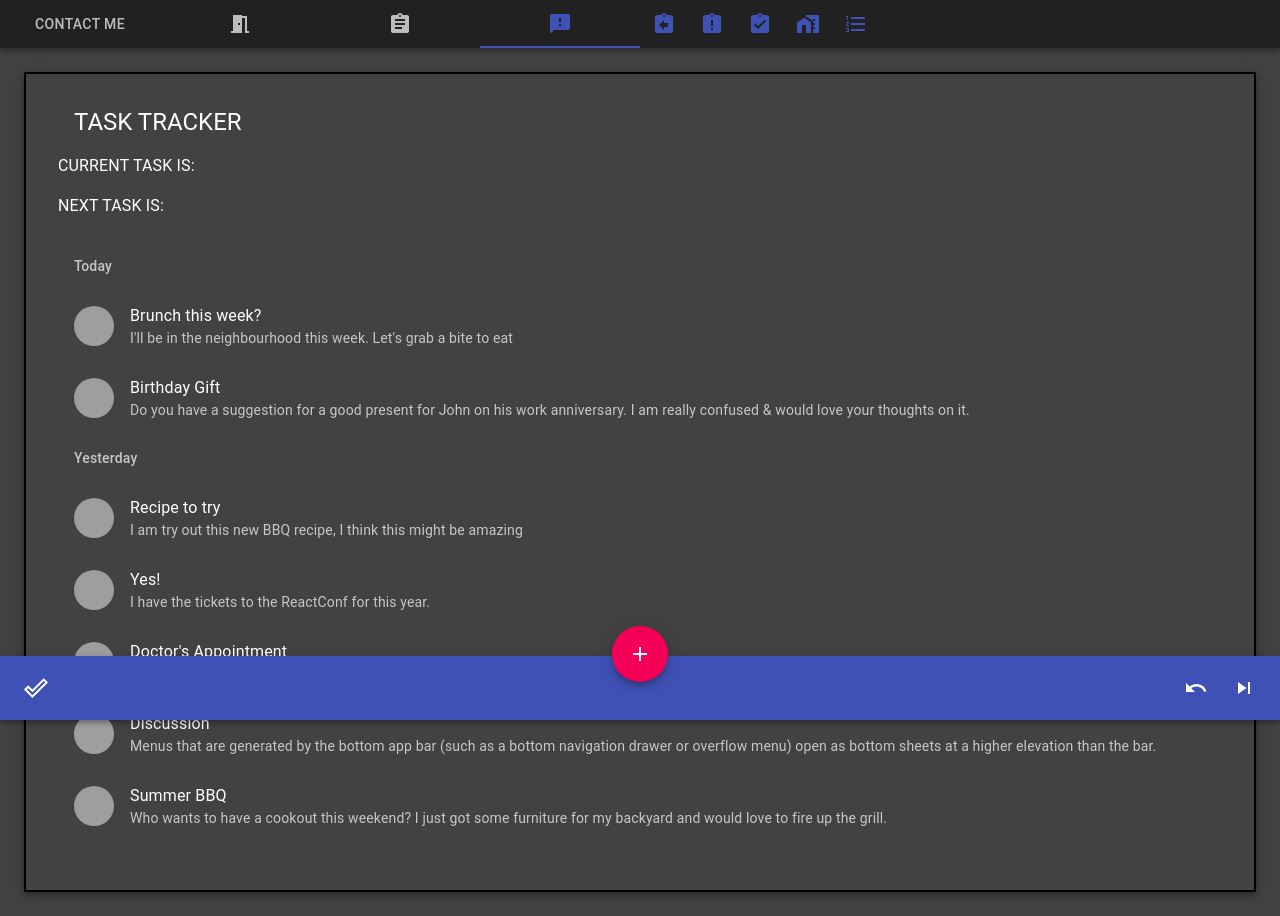
Repository: hossamsulleman1/CONTACTME
Page: / (app in my-app/), after clicking the first element matching `#scrollable-auto-tab-3`
An editor plug-in stored every save of this project. The page is shown before and after a run of saves, followed by the edit.
The browser window is 1280 px wide. The pictures show the whole page.
Pictures or frames that could not be fetched are drawn as grey boxes. The project was rebuilt for these pictures with package versions that can differ from the ones it lists, and the page was loaded fresh each time. Also part of the build but not shown: my-app/src/Components/ProfileFolder/FriendsAvatarList.jsx, my-app/src/Components/ProfileFolder/Content.jsx, my-app/src/Components/Preview.jsx.

Above is the page before, as saved 2020-11-09 11:34:22.

### my-app/src/App.js
import "./App.css";
import IconNav from "./Components/IconNav";
import { createMuiTheme, ThemeProvider } from "@material-ui/core/styles";

const theme = createMuiTheme({
  palette: {
    type: "dark",
  },
});

function App() {
  return (
    <ThemeProvider theme={theme}>
      <IconNav></IconNav>
    </ThemeProvider>
  );
}

export default App;

### my-app/src/App.css
.App {
  text-align: center;
}

.floatRight {
  float: right;
}

.flexbox {
 display: flex;
}

.App-logo {
  height: 40vmin;
  pointer-events: none;
}

@media (prefers-reduced-motion: no-preference) {
  .App-logo {
    animation: App-logo-spin infinite 20s linear;
  }
}

.App-header {
  background-color: #282c34;
  min-height: 100vh;
  display: flex;
  flex-direction: column;
  align-items: center;
  justify-content: center;
  font-size: calc(10px + 2vmin);
  color: white;
}

.App-link {
  color: #61dafb;
}

@keyframes App-logo-spin {
  from {
    transform: rotate(0deg);
  }
  to {
    transform: rotate(360deg);
  }
}

### my-app/src/Components/IconNav.jsx
import React from "react";
import PropTypes from "prop-types";
import { makeStyles } from "@material-ui/core/styles";
import AppBar from "@material-ui/core/AppBar";
import Tabs from "@material-ui/core/Tabs";
import Tab from "@material-ui/core/Tab";
import Typography from "@material-ui/core/Typography";
import Box from "@material-ui/core/Box";
import PhoneIcon from "@material-ui/icons/Phone";
import PageProp from "./PageProp";
import Button from "@material-ui/core/Button";
import Content from "./ProfileFolder/Content";
import MeetingRoomIcon from "@material-ui/icons/MeetingRoom";
import HomeWorkIcon from "@material-ui/icons/HomeWork";
import IconButton from "@material-ui/core/IconButton";
import "../App.css";
import Preview from "./Preview";
import FormatListNumberedIcon from "@material-ui/icons/FormatListNumbered";
import AssignmentTurnedInIcon from "@material-ui/icons/AssignmentTurnedIn";
import AssignmentReturnIcon from "@material-ui/icons/AssignmentReturn";
import AssignmentLateIcon from "@material-ui/icons/AssignmentLate";
import AssignmentIcon from "@material-ui/icons/Assignment";
import BottomNav from "./BottomNav";
import SmsFailedIcon from "@material-ui/icons/SmsFailed";

function TabPanel(props) {
  const { children, value, index, ...other } = props;

  return (
    <div
      role="tabpanel"
      hidden={value !== index}
      id={`scrollable-auto-tabpanel-${index}`}
      aria-labelledby={`scrollable-auto-tab-${index}`}
      {...other}
    >
      {value === index && (
        <Box p={3}>
          <Typography>{children}</Typography>
        </Box>
      )}
    </div>
  );
}

TabPanel.propTypes = {
  children: PropTypes.node,
  index: PropTypes.any.isRequired,
  value: PropTypes.any.isRequired,
};

function a11yProps(index) {
  return {
    id: `scrollable-auto-tab-${index}`,
    "aria-controls": `scrollable-auto-tabpanel-${index}`,
  };
}

const useStyles = makeStyles((theme) => ({
  root: {
    flexGrow: 1,
    width: "100%",
    backgroundColor: theme.palette.background.paper,
  },
}));

export default function IconNav() {
  const classes = useStyles();
  const [value, setValue] = React.useState(0);

  const handleChange = (event, newValue) => {
    setValue(newValue);
  };

  return (
    <div className={classes.root}>
      <AppBar position="static" color="default">
        <Tabs
          value={value}
          onChange={handleChange}
          indicatorColor="primary"
          textColor="primary"
          variant="scrollable"
          scrollButtons="auto"
          aria-label="scrollable auto tabs example"
        >
          {/* <div className="floatRight">
            <IconButton
              aria-label="delete"
              href="https://semptiareact.web.app/"
            >
              <HomeWorkIcon></HomeWorkIcon>
            </IconButton>
          </div> */}
          {/* <Tab icon={<PhoneIcon />} label="ME" {...a11yProps(0)} />
          <Tab icon={<PhoneIcon />} label="Linked In" {...a11yProps(1)} /> */}
          {/* <Tab label="Facebook" {...a11yProps(2)} />
          <Tab label="Instagram" {...a11yProps(3)} />
          <Tab label="Snapchat" {...a11yProps(4)} /> */}
          <Tab label="CONTACT ME" {...a11yProps(0)} />
          <Tab icon={<MeetingRoomIcon />} {...a11yProps(1)} />
          <Tab icon={<AssignmentIcon />} {...a11yProps(2)} />
          <Tab icon={<SmsFailedIcon />} {...a11yProps(3)} />

          <div className="flexbox">
            <div className="floatRight">
              <IconButton
                color="primary"
                aria-label="delete"
                href="https://semptiareact.web.app/"
              >
                <AssignmentReturnIcon />
                {/* GOES TO SEMPTIA TASK TRACKING PAGE  */}
              </IconButton>
            </div>
            <div className="floatRight">
              <IconButton
                color="primary"
                aria-label="delete"
                href="https://semptiareact.web.app/"
              >
                <AssignmentLateIcon />
                {/* GOES TO SEMPTIA TASK TRACKING PAGE  */}
              </IconButton>
            </div>
            <div className="floatRight">
              <IconButton
                color="primary"
                aria-label="delete"
                href="https://semptiareact.web.app/"
              >
                <AssignmentTurnedInIcon />
                {/* GOES TO SEMPTIA TASK TRACKING PAGE  */}
              </IconButton>
            </div>
            {/* these buttons can find info on task complete a task ect as a snackbar notif  */}
            <div className="floatRight">
              <IconButton
                color="primary"
                aria-label="delete"
                href="https://semptiareact.web.app/"
              >
                <HomeWorkIcon></HomeWorkIcon>
              </IconButton>
            </div>
            <div className="floatRight">
              <IconButton
                color="primary"
                aria-label="delete"
                href="https://semptiareact.web.app/"
              >
                <FormatListNumberedIcon></FormatListNumberedIcon>
                {/* GOES TO SEMPTIA TASK TRACKING PAGE  */}
              </IconButton>
            </div>
          </div>
        </Tabs>
      </AppBar>
      {/* <TabPanel value={value} index={0}>
        <Preview></Preview>
      </TabPanel>
      <TabPanel value={value} index={1}>
        <PageProp name="Linked In"></PageProp>
      </TabPanel>
      <TabPanel value={value} index={2}>
        <PageProp name="Facebook"></PageProp>
      </TabPanel>
      <TabPanel value={value} index={3}>
        <PageProp name="Instagram"></PageProp>
      </TabPanel> */}

      <TabPanel value={value} index={0}>
        <PageProp ></PageProp>
      </TabPanel>

      <TabPanel value={value} index={1}>
        Item Five
      </TabPanel>
      <TabPanel value={value} index={3}>
        <BottomNav></BottomNav>
        {/* bottom nav buttons for task complete ect then template for history on completes */}
      </TabPanel>
      <TabPanel value={value} index={2}>
        {/* make this just a icon thing and have it have a load screen sucess load and this unlocks door and shows stats about door ect not a tab  */}
        <p>TASKS </p>

        <p>current task is</p>

        <Button>SKIP TASK</Button>
        <Button>COMPLETE TASK </Button>
        <Button>UNDO TASK</Button>
      </TabPanel>
    </div>
  );
}

### my-app/src/Components/PageProp.jsx
import React from 'react'
import Button from '@material-ui/core/Button';


function PageProp(props) {


    return (
<div>
    <Button>
        ADD SNAPCHAT
    </Button>

    <Button>ADD INSTAGRAM</Button>

    <Button>ADD FACEBOOK</Button>

    <Button>ADD LINKED IN</Button>

    <Button>CONTACT ME</Button>
</div>
    )
}

export default PageProp;

### my-app/src/Components/BottomNav.jsx

import AppBar from "@material-ui/core/AppBar";
import CssBaseline from "@material-ui/core/CssBaseline";
import Toolbar from "@material-ui/core/Toolbar";
import Typography from "@material-ui/core/Typography";
import IconButton from "@material-ui/core/IconButton";
import Paper from "@material-ui/core/Paper";
import Fab from "@material-ui/core/Fab";
import List from "@material-ui/core/List";
import ListItem from "@material-ui/core/ListItem";
import ListItemAvatar from "@material-ui/core/ListItemAvatar";
import ListItemText from "@material-ui/core/ListItemText";
import ListSubheader from "@material-ui/core/ListSubheader";
import Avatar from "@material-ui/core/Avatar";
import AddIcon from "@material-ui/icons/Add";
import SkipNextIcon from "@material-ui/icons/SkipNext";
import UndoIcon from "@material-ui/icons/Undo";
import DoneOutlineIcon from "@material-ui/icons/DoneOutline";
import React from 'react';
import PropTypes from 'prop-types';
import { makeStyles } from '@material-ui/core/styles';
import Modal from '@material-ui/core/Modal';
import Backdrop from '@material-ui/core/Backdrop';
import { useSpring, animated } from 'react-spring/web.cjs'; // web.cjs is required for IE 11 support


const Fade = React.forwardRef(function Fade(props, ref) {
  const { in: open, children, onEnter, onExited, ...other } = props;
  const style = useSpring({
    from: { opacity: 0 },
    to: { opacity: open ? 1 : 0 },
    onStart: () => {
      if (open && onEnter) {
        onEnter();
      }
    },
    onRest: () => {
      if (!open && onExited) {
        onExited();
      }
    },
  });

  return (
    <animated.div ref={ref} style={style} {...other}>
      {children}
    </animated.div>
  );
});

Fade.propTypes = {
  children: PropTypes.element,
  in: PropTypes.bool.isRequired,
  onEnter: PropTypes.func,
  onExited: PropTypes.func,
};



const messages = [
  {
    id: 1,
    primary: "Brunch this week?",
    secondary:
      "I'll be in the neighbourhood this week. Let's grab a bite to eat",
    person: "/static/images/avatar/5.jpg",
  },
  {
    id: 2,
    primary: "Birthday Gift",
    secondary: `Do you have a suggestion for a good present for John on his work
      anniversary. I am really confused & would love your thoughts on it.`,
    person: "/static/images/avatar/1.jpg",
  },
  {
    id: 3,
    primary: "Recipe to try",
    secondary:
      "I am try out this new BBQ recipe, I think this might be amazing",
    person: "/static/images/avatar/2.jpg",
  },
  {
    id: 4,
    primary: "Yes!",
    secondary: "I have the tickets to the ReactConf for this year.",
    person: "/static/images/avatar/3.jpg",
  },
  {
    id: 5,
    primary: "Doctor's Appointment",
    secondary:
      "My appointment for the doctor was rescheduled for next Saturday.",
    person: "/static/images/avatar/4.jpg",
  },
  {
    id: 6,
    primary: "Discussion",
    secondary: `Menus that are generated by the bottom app bar (such as a bottom
      navigation drawer or overflow menu) open as bottom sheets at a higher elevation
      than the bar.`,
    person: "/static/images/avatar/5.jpg",
  },
  {
    id: 7,
    primary: "Summer BBQ",
    secondary: `Who wants to have a cookout this weekend? I just got some furniture
      for my backyard and would love to fire up the grill.`,
    person: "/static/images/avatar/1.jpg",
  },
];

const useStyles = makeStyles((theme) => ({
  text: {
    padding: theme.spacing(2, 2, 0),
  },
  paper: {
    paddingBottom: 50,
  },
  list: {
    marginBottom: theme.spacing(2),
  },
  subheader: {
    backgroundColor: theme.palette.background.paper,
  },
  appBar: {
    top: "auto",
    bottom: 0,
  },
  grow: {
    flexGrow: 1,
  },
  fabButton: {
    position: "absolute",
    zIndex: 1,
    top: -30,
    left: 0,
    right: 0,
    margin: "0 auto",
  },
  modal: {
    display: 'flex',
    alignItems: 'center',
    justifyContent: 'center',
  },
  paper: {
    backgroundColor: theme.palette.background.paper,
    border: '2px solid #000',
    boxShadow: theme.shadows[5],
    padding: theme.spacing(2, 4, 3),
  },
}));

export default function BottomNav() {
  const classes = useStyles();

  return (
    <React.Fragment>
      <CssBaseline />
      <Paper square className={classes.paper}>
        <Typography className={classes.text} variant="h5" gutterBottom>
          TASK TRACKER
        </Typography>
        <p>CURRENT TASK IS:</p>
        <p>NEXT TASK IS:</p>
        {/* GREY SUBTITLES SMALLER TEXT  */}
        <List className={classes.list}>
          {messages.map(({ id, primary, secondary, person }) => (
            <React.Fragment key={id}>
              {id === 1 && (
                <ListSubheader className={classes.subheader}>
                  Today
                </ListSubheader>
              )}
              {id === 3 && (
                <ListSubheader className={classes.subheader}>
                  Yesterday
                </ListSubheader>
              )}
              <ListItem button>
                <ListItemAvatar>
                  <Avatar alt="Profile Picture" src={person} />
                </ListItemAvatar>
                <ListItemText primary={primary} secondary={secondary} />
              </ListItem>
            </React.Fragment>
          ))}
        </List>
      </Paper>
      <AppBar position="fixed" color="primary" className={classes.appBar}>
        <Toolbar>
          <IconButton edge="start" color="inherit" aria-label="open drawer">
            <DoneOutlineIcon></DoneOutlineIcon>
          </IconButton>
          <Fab color="secondary" aria-label="add" className={classes.fabButton}>
            <AddIcon />
          </Fab>
          <div className={classes.grow} />
          <IconButton color="inherit">
            <UndoIcon></UndoIcon>
          </IconButton>
          <IconButton edge="end" color="inherit">
            <SkipNextIcon></SkipNextIcon>
          </IconButton>
        </Toolbar>
      </AppBar>
    </React.Fragment>
  );
}

Loaded but not shown: my-app/public/index.html (common file); my-app/src/index.js (common file); my-app/src/index.css (common file); my-app/src/reportWebVitals.js (common file)

After the next 10 saves:
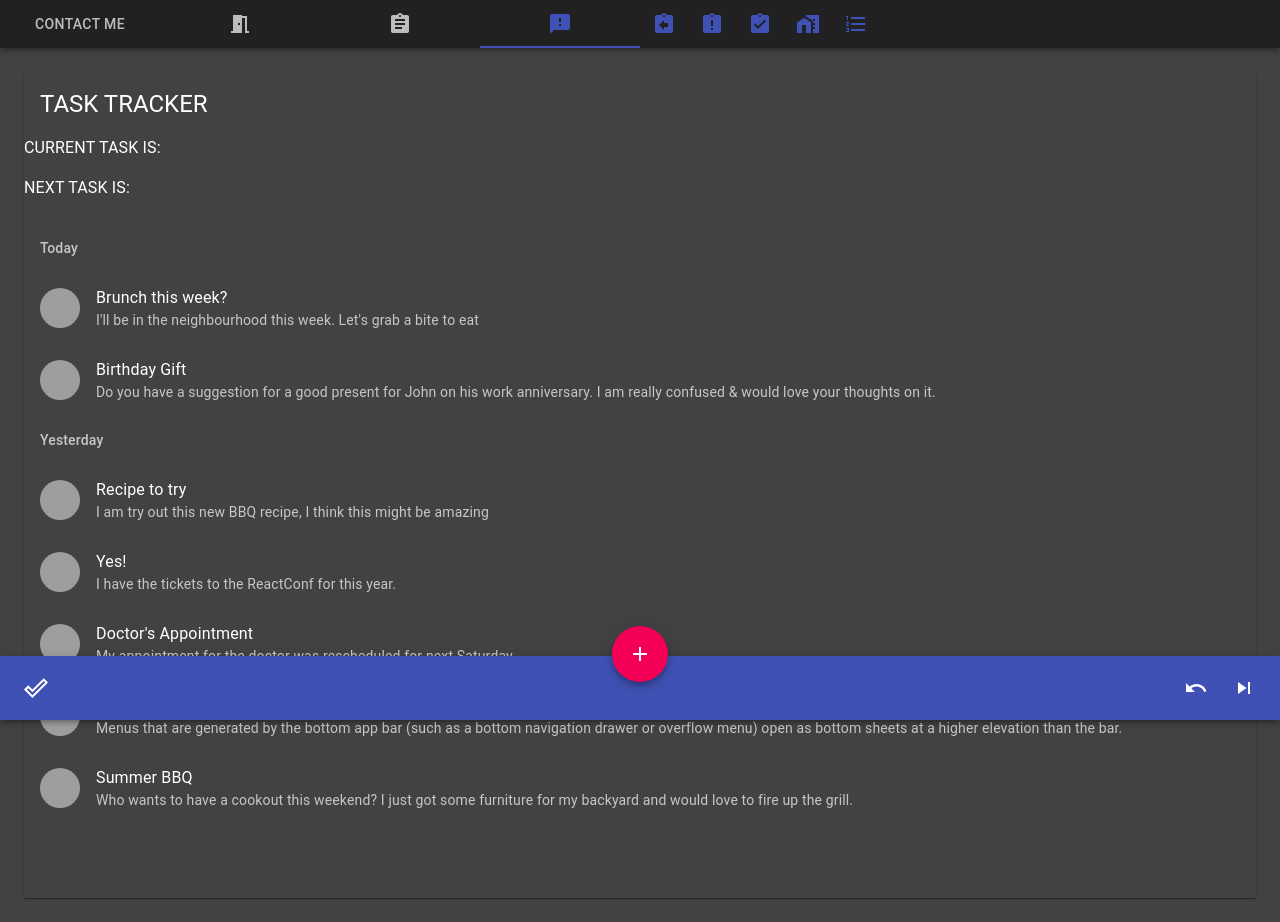
The 10 saves are shown as one change because they came seconds apart.
The last was saved 102 s later.
--- a/my-app/src/Components/BottomNav.jsx
+++ b/my-app/src/Components/BottomNav.jsx
@@ -1,4 +1,5 @@
-
+import React from "react";
+import { makeStyles } from "@material-ui/core/styles";
 import AppBar from "@material-ui/core/AppBar";
 import CssBaseline from "@material-ui/core/CssBaseline";
 import Toolbar from "@material-ui/core/Toolbar";
@@ -16,44 +17,7 @@ import AddIcon from "@material-ui/icons/Add";
 import SkipNextIcon from "@material-ui/icons/SkipNext";
 import UndoIcon from "@material-ui/icons/Undo";
 import DoneOutlineIcon from "@material-ui/icons/DoneOutline";
-import React from 'react';
-import PropTypes from 'prop-types';
-import { makeStyles } from '@material-ui/core/styles';
-import Modal from '@material-ui/core/Modal';
-import Backdrop from '@material-ui/core/Backdrop';
-import { useSpring, animated } from 'react-spring/web.cjs'; // web.cjs is required for IE 11 support
 
-
-const Fade = React.forwardRef(function Fade(props, ref) {
-  const { in: open, children, onEnter, onExited, ...other } = props;
-  const style = useSpring({
-    from: { opacity: 0 },
-    to: { opacity: open ? 1 : 0 },
-    onStart: () => {
-      if (open && onEnter) {
-        onEnter();
-      }
-    },
-    onRest: () => {
-      if (!open && onExited) {
-        onExited();
-      }
-    },
-  });
-
-  return (
-    <animated.div ref={ref} style={style} {...other}>
-      {children}
-    </animated.div>
-  );
-});
-
-Fade.propTypes = {
-  children: PropTypes.element,
-  in: PropTypes.bool.isRequired,
-  onEnter: PropTypes.func,
-  onExited: PropTypes.func,
-};
 
 
 
@@ -137,17 +101,6 @@ const useStyles = makeStyles((theme) => ({
     right: 0,
     margin: "0 auto",
   },
-  modal: {
-    display: 'flex',
-    alignItems: 'center',
-    justifyContent: 'center',
-  },
-  paper: {
-    backgroundColor: theme.palette.background.paper,
-    border: '2px solid #000',
-    boxShadow: theme.shadows[5],
-    padding: theme.spacing(2, 4, 3),
-  },
 }));
 
 export default function BottomNav() {
